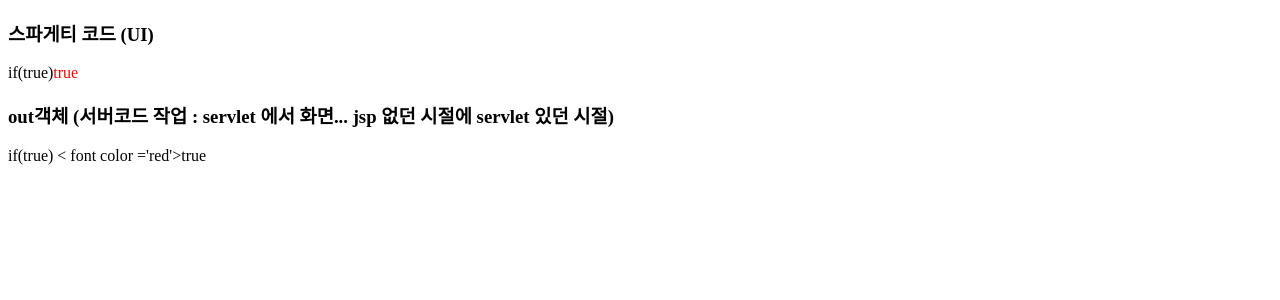
Repository: start-ha/WEB_STUDY_BACKEND
Page: http://localhost/WEBJSP/Ex05_out.jsp
The author's editor kept a copy of each file at every save. The page is drawn from the files as they stood at one save, then again after the next save.
The browser window is 1280 px wide. The pictures show the whole page.
The page is served by Tomcat 10. Other server files are loaded and not shown.

Above is the page before, as saved 2025-09-22 02:54:09.

### BackEndLabs/WEBJSP/src/main/webapp/Ex05_out.jsp
<%@ page language="java" contentType="text/html; charset=UTF-8"
    pageEncoding="UTF-8"%>

 <%
 	/*
 	[servlet 형]

 	out 객체 : 출력객체
 	out.print("<html>") 문자열로 코딩
 	....
 	out.print("</html>")

 	[jsp 동생]
 	out 활용하면 스파게티 코드를 벗어날 수는 있음

 	*/
 %>


<!DOCTYPE html>
<html>
<head>
<meta charset="UTF-8">
<title>Insert title here</title>
</head>
<body>
<h3>스파게티 코드 (UI)</h3>
	<%
		boolean b = true;
		if(10 > 5){
	%>
		if(true)<font color="red"><%=b%></font>
	<%
		}else{
			b = false;
	%>
		if(false)<font color="blue"><%=b%></font>
	<%
		}
	%>

	<h3>out객체 (서버코드 작업 : servlet 에서 화면... jsp 없던 시절에 servlet 있던 시절)</h3>
	<%
		boolean b2 = true;
		if(10 > 5){
			out.print("if(true) < font color ='red'>" + b2 + "</font>");
		}else{
			b2 = false;
			out.print("if(false) < font color ='blue'>" + b2 + "</font>");
		}
	%>





</body>
</html>

After the next save:
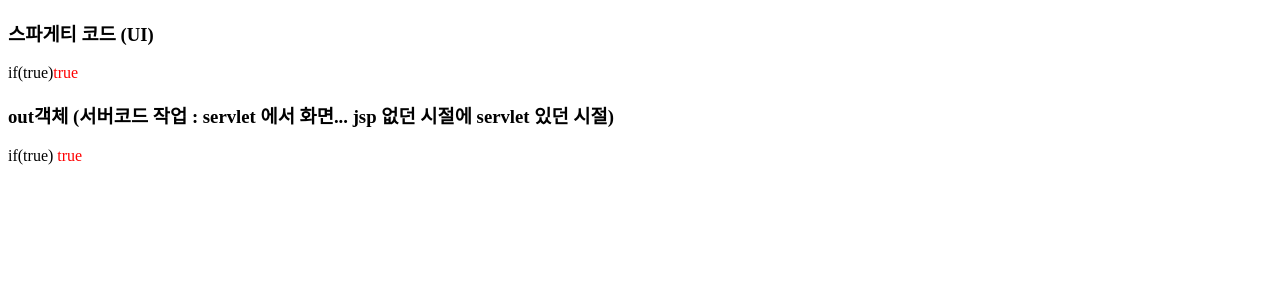
Saved 93 s later.
--- a/BackEndLabs/WEBJSP/src/main/webapp/Ex05_out.jsp
+++ b/BackEndLabs/WEBJSP/src/main/webapp/Ex05_out.jsp
@@ -43,10 +43,10 @@
 	<%
 		boolean b2 = true;
 		if(10 > 5){
-			out.print("if(true) < font color ='red'>" + b2 + "</font>");
+			out.print("if(true) <font color ='red'>" + b2 + "</font>");
 		}else{
 			b2 = false;
-			out.print("if(false) < font color ='blue'>" + b2 + "</font>");
+			out.print("if(false) <font color ='blue'>" + b2 + "</font>");
 		}
 	%>
 
